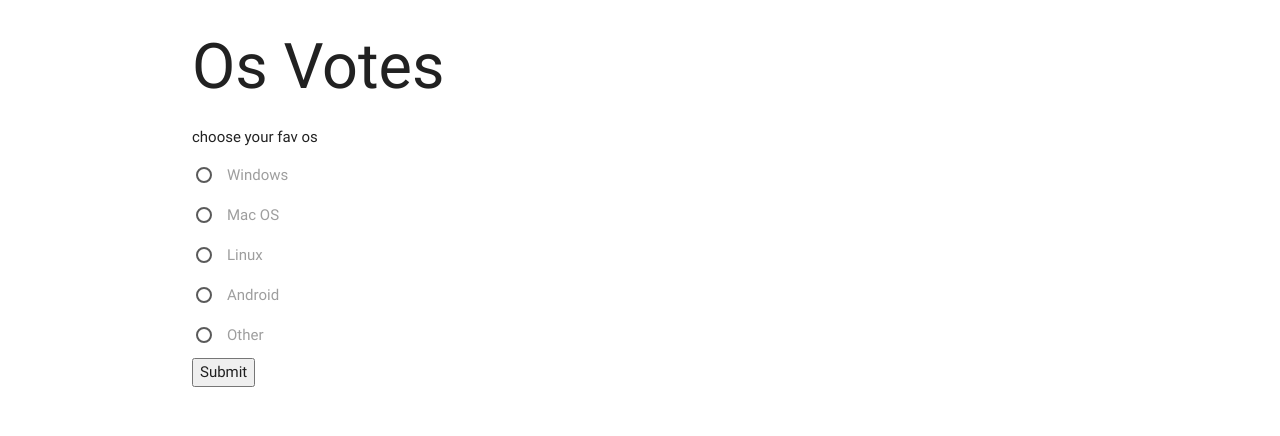
Repository: AdaLover/osPoll
Page: public/index.html
The author's editor kept a copy of each file at every save. The page is drawn from the files as they stood at one save, then again after the next save.
The browser window is 1280 px wide. The pictures show the whole page.

Above is the page before, as saved 2018-01-31 21:07:56.

After the next save:
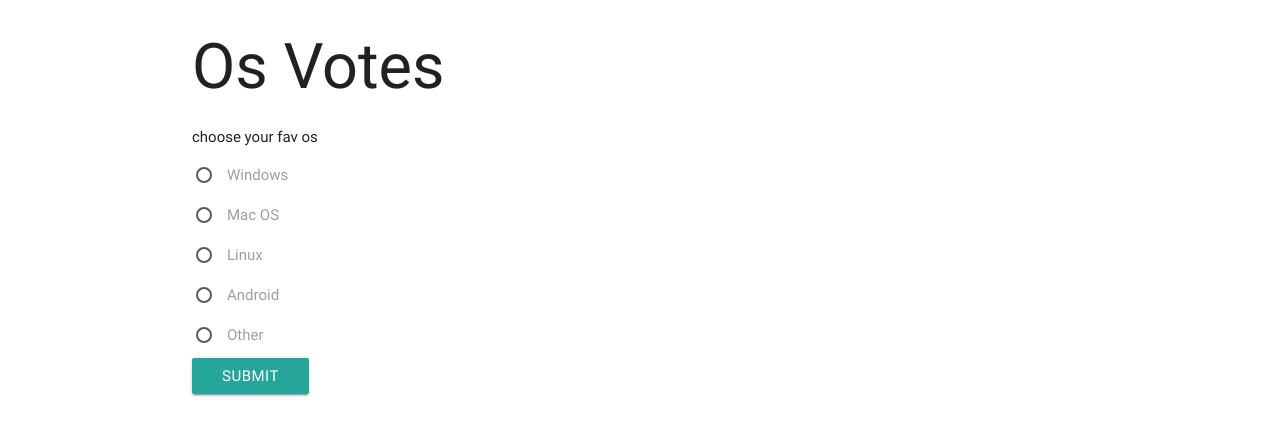
Saved 16 s later.
--- a/public/index.html
+++ b/public/index.html
@@ -35,7 +35,7 @@
                 <input type="radio" name="os" id="Other" value="Windows">
                 <label for="windows">Other</label>
             </p>
-            <button type="submit">Submit</button>
+            <button type="submit" class="btn">Submit</button>
         </form>
     </div>
     <script src="http://code.jquery.com/jquery-3.3.1.js" integrity="sha256-2Kok7MbOyxpgUVvAk/HJ2jigOSYS2auK4Pfzbm7uH60=" crossorigin="anonymous"></script>
